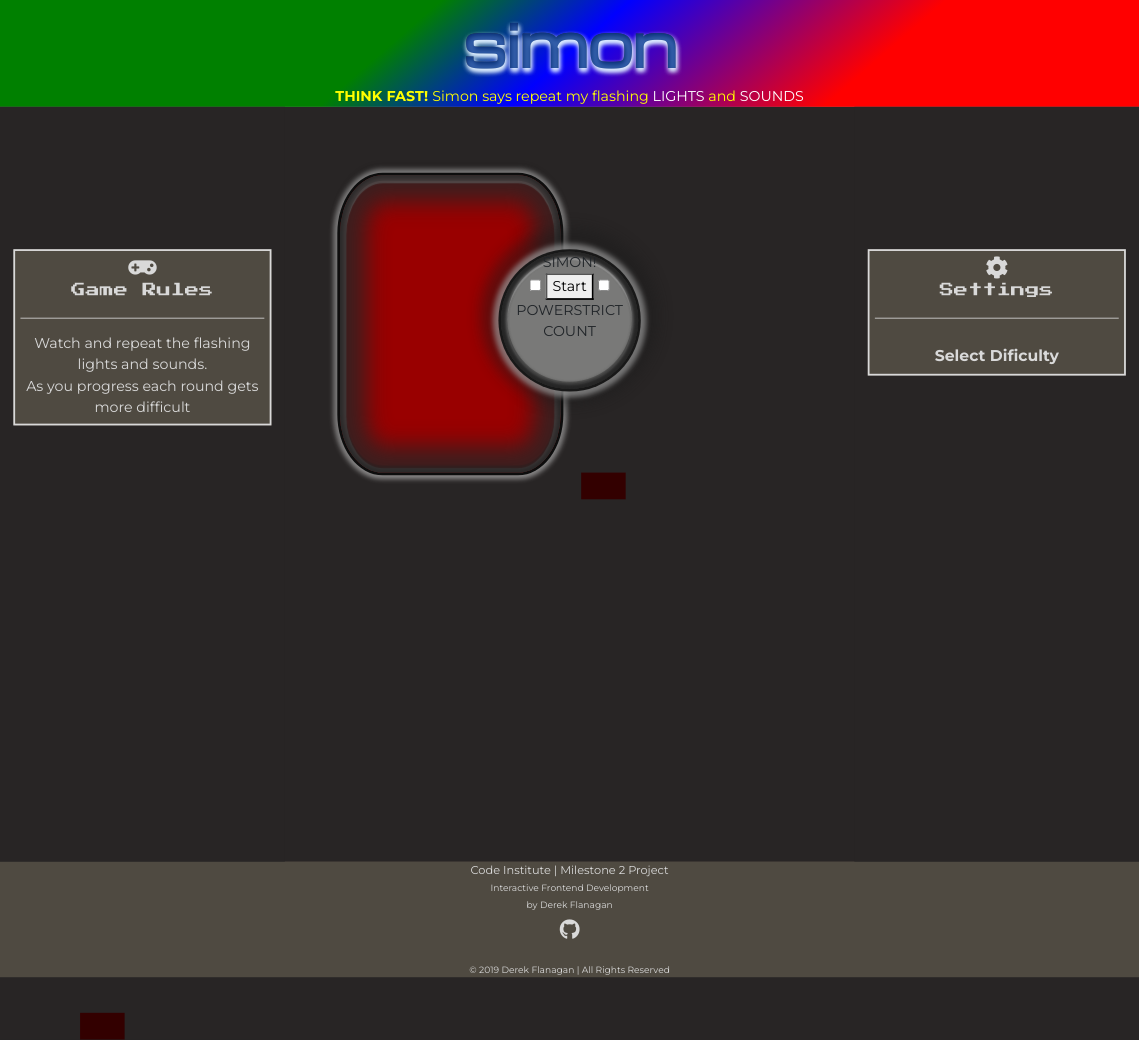
Repository: ThePixel8or/milestone-project-2
Page: index.html
The author's editor kept a record of every edit. The page is drawn from the files as they stood at one moment, then again after the next edit.
The browser window is 1280 px wide. The pictures show the whole page, at 89% of full size.
Some web libraries are served in a nearby version.

Above is the page before.

After the next edit:
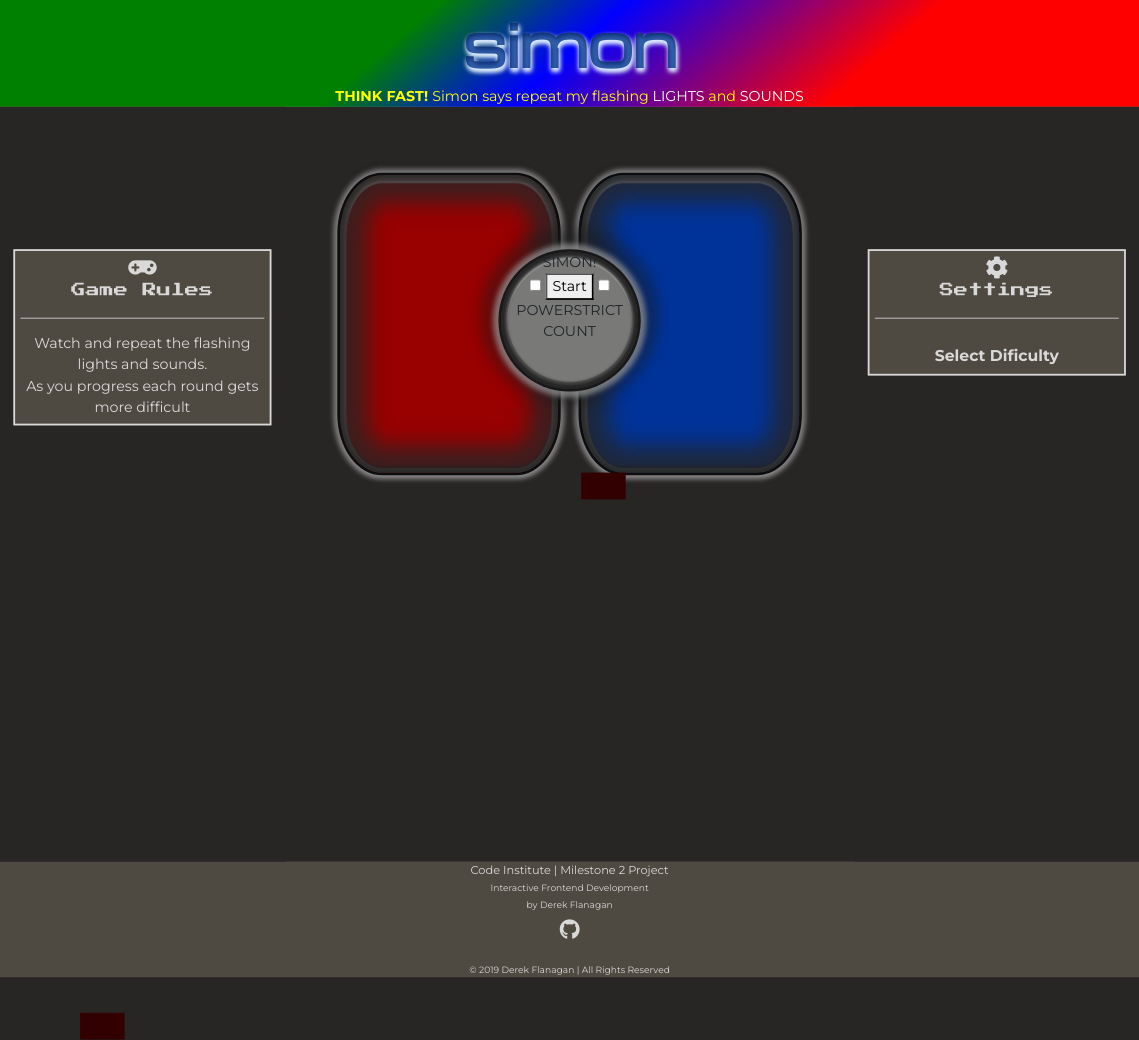
The edit:
--- a/assets/css/style.css
+++ b/assets/css/style.css
@@ -68,7 +68,7 @@
 /*  } */
 
 
-#topright {
+#button2 {
     background-color: #003399;
 
  border: solid 3px #0d0d0d; /* fallback colour */
